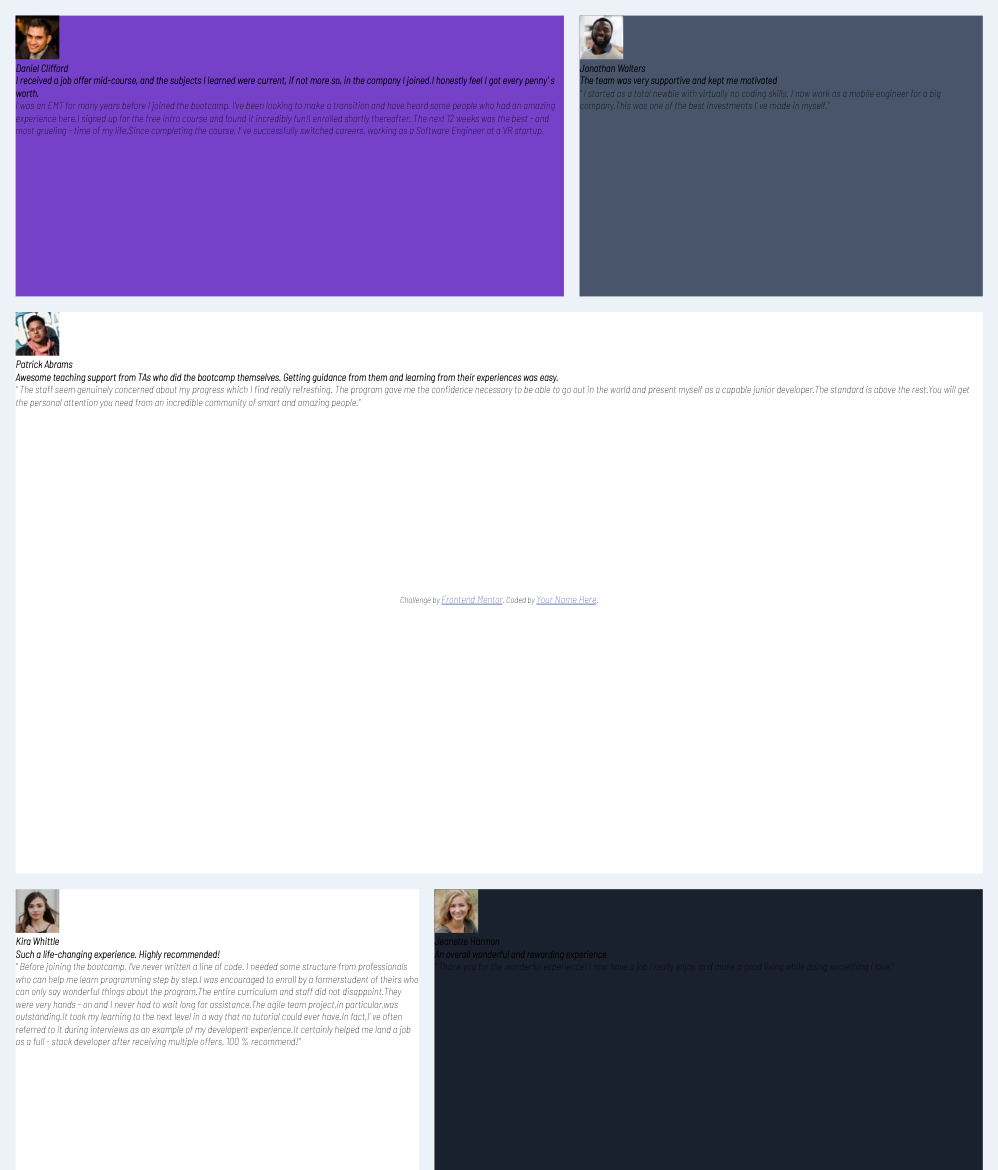
Repository: ibtihelbs/testimonials-grid-section-main
Page: index.html
An editor plug-in stored every save of this project. The page is shown before and after the next save, followed by the edit.
The browser window is 1280 px wide. The pictures show the whole page, at 78% of full size.

Above is the page before, as saved 2022-04-13 16:22:23.

### index.html
<!DOCTYPE html>
<html lang="en">
<head>
  <meta charset="UTF-8">
  <meta name="viewport" content="width=device-width, initial-scale=1.0"> <!-- displays site properly based on user's device -->
  <link rel="stylesheet" href="style.css">
  <link rel="icon" type="image/png" sizes="32x32" href="./images/favicon-32x32.png">

  <title>Frontend Mentor | [Challenge Name Here]</title>

  <!-- Feel free to remove these styles or customise in your own stylesheet 👍 -->
  <style>
    .attribution { font-size: 11px; text-align: center; }
    .attribution a { color: hsl(228, 45%, 44%); }
  </style>
</head>
<body>
  <main>

  </main>
  <div class="attribution">
    Challenge by <a href="https://www.frontendmentor.io?ref=challenge" target="_blank">Frontend Mentor</a>.
    Coded by <a href="#">Your Name Here</a>.
  </div>
  <script src="app.js"></script>
</body>
</html>

### style.css
@import url("https://fonts.googleapis.com/css2?family=Barlow+Semi+Condensed:ital,wght@1,100&display=swap");

:root {
  /*### Primary*/

  --Moderate-violet: hsl(263, 55%, 52%);
  --Grayish-blue: hsl(217, 19%, 35%);
  --Blackish-blue: hsl(219, 29%, 14%);
  --White: hsl(0, 0%, 100%);

  /*### Neutral*/

  --Light-gray: hsl(0, 0%, 81%);
  --Light-grayish-blue: hsl(210, 46%, 95%);
}

* {
  padding: 0;
  margin: 0;
  font-size: 13px;
  font-family: "Barlow Semi Condensed";
  box-sizing: border-box;
}
body {
  background-color: var(--Light-grayish-blue);
}
main {
  height: 100vh;
  display: flex;
  flex-wrap: wrap;
  gap: 20px;
  margin: 20px;
}

section:nth-child(1) {
  flex: 1 1 40%;
  background-color: var(--Moderate-violet);
  height: 50%;
}

section:nth-child(1) h6::before {
  content: url(images/image-daniel.jpg);
  border-radius: 50%;
}
section:nth-child(2) {
  flex: 1 1 25%;
  background-color: var(--Grayish-blue);
  height: 50%;
}
section:nth-child(3) {
  flex: 1 1 25%;
  background-color: var(--White);
  height: 50%;
  order: 4;
}
section:nth-child(4) {
  flex: 1 1 40%;
  background-color: var(--Blackish-blue);
  height: 50%;
  order: 5;
}
section:nth-child(5) {
  grid-area: fifth;
  height: 100vh;
  background-color: var(--White);
  order: 3;
}
.item5 {}

.grid-container {
  grid-template-areas:
    'header header header header header header'
    'menu main main main right right'
    'menu footer footer footer footer footer';
}

### app.js
let obj = []
let show = document.querySelector("main");
let _html=(title,h2,paragraph,img)=>{
  let section = document.createElement("section");
   section.setAttribute("class", "testimonial");
  let add = show.appendChild(section);
  section.innerHTML=`
      <div class="figure"><img src="${img}" alt=""><h5>${title}</h5></div>
      <h1>${h2}</h1>
      <p>${paragraph}</p>
   `;
}
let _LOOP = (fet) => {
  for (let i in fet) {
    let title = fet[i].title;
    let h2 = fet[i].h2;
    let paragraph = fet[i].paragraph;
    let img=fet[i].img;
    console.log(title,h2,paragraph);
    _html(title,h2,paragraph,img);
  }
}
fetch('data.json')
  .then((response) => response.json())
  .then((data) => {
    let strin = JSON.stringify(data);
    obj = JSON.parse(strin);
    _LOOP(obj);
  })

### data.json
[{
    "title": "Daniel Clifford",
    "h2": "I received a job offer mid-course, and the subjects I learned were current, if not more so,  in the company I joined.I honestly feel I got every penny’ s worth.",
    "paragraph": " I was an EMT for many years before I joined the bootcamp. I’ve been looking to make a transition and have heard some people who had an amazing experience here.I signed up for the free intro course and found it incredibly fun!I enrolled shortly thereafter. The next 12 weeks was the best - and most grueling - time of my life.Since completing the course, I’ ve successfully switched careers, working as a Software Engineer at a VR startup.",
    "img":"images/image-daniel.jpg"
},
{
    "title": "Jonathan Walters",
    "h2": " The team was very supportive and kept me motivated",
    "paragraph": " “ I started as a total newbie with virtually no coding skills. I now work as a mobile engineer for a big company.This was one of the best investments I’ ve made in myself.”",
    "img":"images/image-jonathan.jpg"
},
{
    "title": "Kira Whittle",
    "h2": "Such a life-changing experience. Highly recommended!",
    "paragraph": " “ Before joining the bootcamp, I’ve never written a line of code. I needed some structure from professionals who can help me learn programming step by step.I was encouraged to enroll by a formerstudent of theirs who can only say wonderful things about the program.The entire curriculum and staff did not disappoint.They were very hands - on and I never had to wait long for assistance.The agile team project,in particular,was outstanding.It took my learning to the next level in a way that no tutorial could ever have.In fact,I’ ve often referred to it during interviews as an example of my developent experience.It certainly helped me land a job as a full - stack developer after receiving multiple offers. 100 % recommend!”",
    "img":"images/image-kira.jpg"
},
{
    "title": "Jeanette Harmon",
    "h2": "An overall wonderful and rewarding experience",
    "paragraph": " “ Thank you for the wonderful experience! I now have a job I really enjoy, and make a good living while doing something I love.”",
    "img":"images/image-jeanette.jpg"
},

{
    "title": "Patrick Abrams",
    "h2": "Awesome teaching support from TAs who did the bootcamp themselves. Getting guidance from them and learning from their experiences was easy.",
    "paragraph": " “ The staff seem genuinely concerned about my progress which I find really refreshing. The program gave me the confidence necessary to be able to go out in the world and present myself as a capable junior developer.The standard is above the rest.You will get the personal attention you need from an incredible community of smart and amazing people.”",
    "img":"images/image-patrick.jpg"
}

]

After the next save:
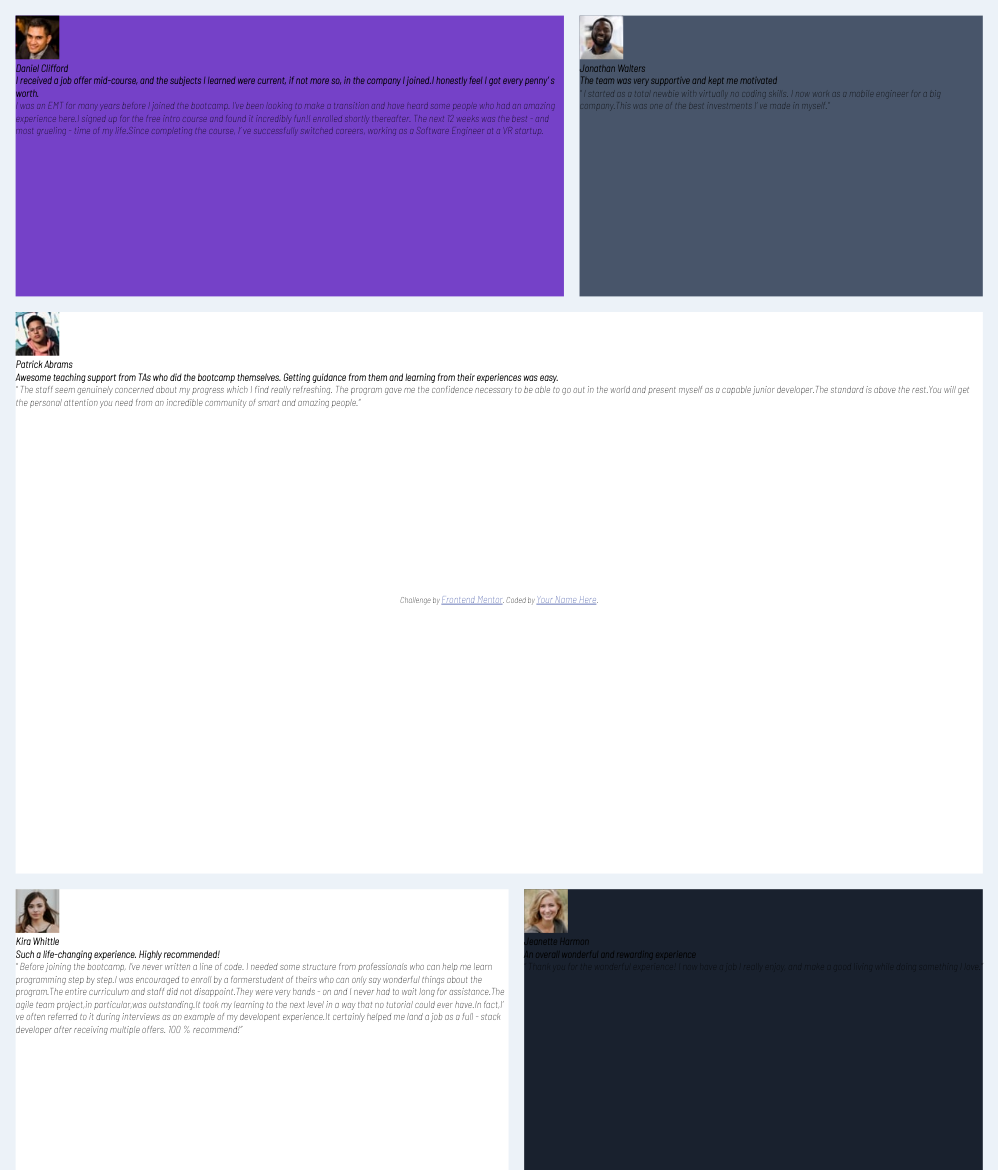
Saved 19 s later.
--- a/style.css
+++ b/style.css
@@ -54,7 +54,7 @@
   order: 4;
 }
 section:nth-child(4) {
-  flex: 1 1 40%;
+  grid-area: fifth;
   background-color: var(--Blackish-blue);
   height: 50%;
   order: 5;
